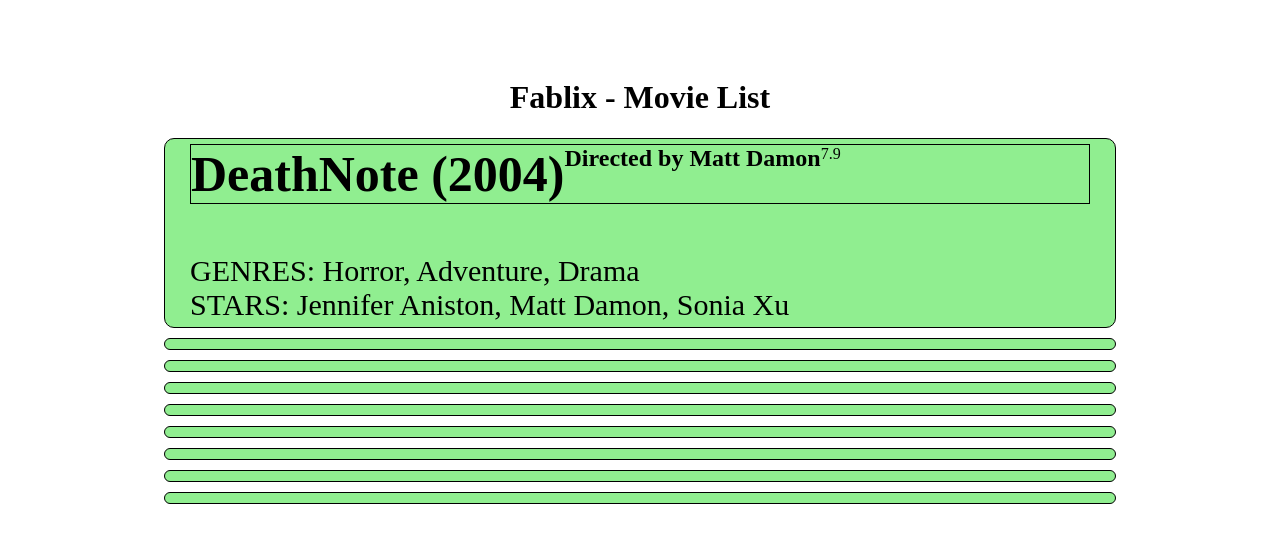
Repository: csumphan/fablix
Page: http://localhost/Project1/
These files come from the project's save history. The page is drawn as it stood at one moment and after the next save; the edit follows.
The browser window is 1280 px wide. The pictures show the whole page.
The page is served by Tomcat 9. Nobody is signed in. The application's start-up code is not run.

Above is the page before, as saved 2018-01-23 00:12:27.

After the next save:
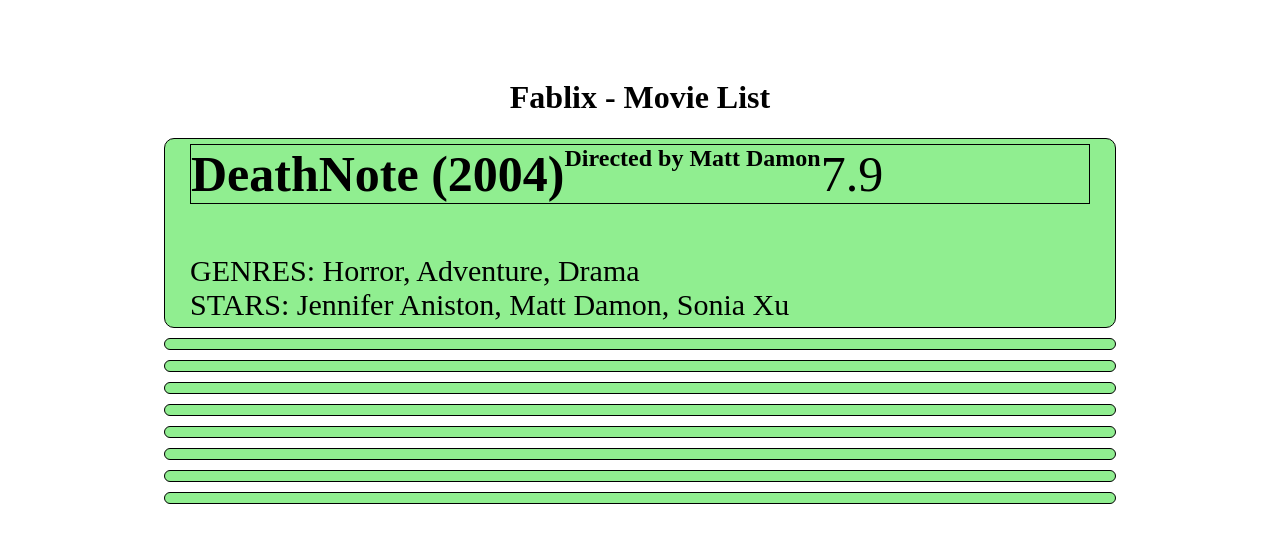
Saved 17 s later.
--- a/Project1/WebContent/styles.css
+++ b/Project1/WebContent/styles.css
@@ -44,6 +44,10 @@
 	flex-direction: column;
 }
 
+.rating {
+	font-size: 50px;
+}
+
 .genres-container {
 	width: 100%;
 }
